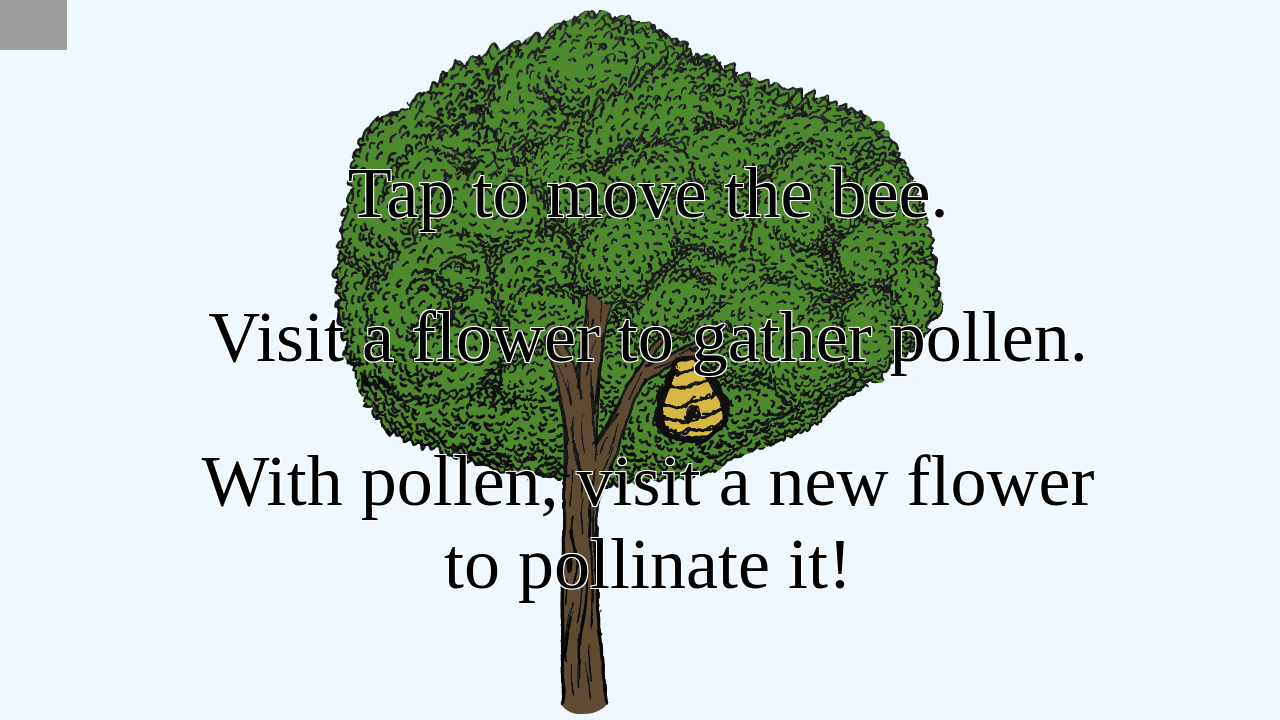
Repository: GhaidaElSaied/edu-Learning-Application
Page: workspace/app/views/interactions/bee.html
The author's editor kept a record of every edit. The page is drawn from the files as they stood at one moment, then again after the next edit.
The browser window is 1280 px wide. The pictures show the whole page.
Pictures or frames that could not be fetched are drawn as grey boxes.

Above is the page before.
Console error: ReferenceError: $ is not defined

### workspace/app/views/interactions/bee.html
<canvas id = "Canvas">
    Sorry, canvas not supported
</canvas>
<img id="bee" src="http://bestanimations.com/Animals/Insects/Bees/bee-animated-gif-36.gif" />
<img class="tree" src="../assets/treetransparent.png" />
<img class="flower" id="one" src="../assets/flower.png" />
<img class="flower" id="two" src="../assets/flower.png" />
<img class="flower" id="three" src="../assets/flower.png" />
<img class="flower" id="four" src="../assets/flower.png" />
<img class="flower" id="five" src="../assets/flower.png" />
<img class="flower" id="six" src="../assets/flower.png" />
<img class="flower" id="seven" src="../assets/flower.png" />
<img class="flower" id="eight" src="../assets/flower.png" />
<img class="flower" id="nine" src="../assets/flower.png" />

<img class="flower" id="aone" src="../assets/apple.png" />
<img class="flower" id="atwo" src="../assets/apple.png" />
<img class="flower" id="athree" src="../assets/apple.png" />
<img class="flower" id="afour" src="../assets/apple.png" />
<img class="flower" id="afive" src="../assets/apple.png" />
<img class="flower" id="asix" src="../assets/apple.png" />
<img class="flower" id="aseven" src="../assets/apple.png" />
<img class="flower" id="aeight" src="../assets/apple.png" />
<img class="flower" id="anine" src="../assets/apple.png" />

<div id="instructions">
    <p id="pone">Tap to move the bee.</p>
    <p id="ptwo">Visit a flower to gather pollen.</p>
    <p id="pthree">With pollen, visit a new flower</br> to pollinate it!</p>
</div>

<style>
    body{
        background-color: #f0f8ff;
    }

    canvas{
        position: absolute;
        width: 100%;
        height: 100%;
        z-index: 2;
    }

    #instructions{
        text-align: center;
        position: absolute;
        width: 100%;
        height: 100%;
        opacity: 1;
    }

    p{
        position: absolute;
        font-size: 10vh;
        left: 0;
        right: 0;
        margin: auto;
        z-index: 4;
        color: black;
        text-shadow:
            -1px -1px 0 #fff,
            1px -1px 0 #fff,
            -1px 1px 0 #fff,
            1px 1px 0 #fff;
    }

    #pone{
        top: 20%;
    }

    #ptwo{
        top: 40%;
    }

    #pthree{
        top: 60%;
    }

    #bee{
        position: absolute;
        top: 0;
        left: 0;
        width: auto;
        height: 50px;
        z-index: 3;
    }

    .tree{
        position: absolute;
        left: 0;
        right: 0;
        top: 0;
        bottom: 0;
        margin: auto;
        height: 100%;
        z-index: 0;
    }

    .flower{
        position: absolute;
        height: 5%;
        z-index: 1;
        opacity: 0;
    }

    #one{
        left: 45%;
        top: 8%;
    }

    #two{
        left: 34%;
        top: 48%;
    }

    #three{
        left: 41%;
        top: 41%;
    }

    #four{
        left: 56%;
        top: 36%;
    }

    #five{
        left: 62%;
        top: 46%;
    }

    #six{
        left: 37%;
        top: 25%;
    }

    #seven{
        left: 66%;
        top: 33%;
    }

    #eight{
        left: 55%;
        top: 20%;
    }

    #nine{
        left: 29%;
        top: 42%;
    }

    #aone{
        left: 45%;
        top: 8%;
    }

    #atwo{
        left: 34%;
        top: 48%;
    }

    #athree{
        left: 41%;
        top: 41%;
    }

    #afour{
        left: 56%;
        top: 36%;
    }

    #afive{
        left: 62%;
        top: 46%;
    }

    #asix{
        left: 37%;
        top: 25%;
    }

    #aseven{
        left: 66%;
        top: 33%;
    }

    #aeight{
        left: 55%;
        top: 20%;
    }

    #anine{
        left: 29%;
        top: 42%;
    }
</style>
<script>
    var canvas;
    $(function(){
        console.log("paper", paper)
        canvas = document.getElementById("Canvas"),
        paper.setup(canvas)

        InitializeBee()

        InitializeTree()
    });



canvas.addEventListener("touchend", function (e) {
    mX = e.pageX;
    mY = e.pageY;
});

canvas.addEventListener("touchstart", function (e) {
    if(!started){
        started = true;
        render();
    }
});

canvas.addEventListener("touchleave", function (e) {
    started = false;
});

var Ball = function (x, y, radius, color) {
    this.x = x || 0;
    this.y = y || 0;
    this.radius = radius || 10;
    this.speed = 5;
    this.color = color || "rgb(255,0,0)";

    this.velX = 0;
    this.velY = 0;
}

Ball.prototype.update = function (x, y) {
    // get the target x and y
    this.targetX = x;
    this.targetY = y;

    // We need to get the distance this time around
    var tx = this.targetX - this.x,
        ty = this.targetY - this.y,
        dist = Math.sqrt(tx * tx + ty * ty);

    /*
    * we calculate a velocity for our object this time around
    * divide the target x and y by the distance and multiply it by our speed
    * this gives us a constant movement speed.
    */

    this.velX = (tx / dist) * this.speed;
    this.velY = (ty / dist) * this.speed;

    // Stop once we hit our target. This stops the jittery bouncing of the object.
    if (dist > this.radius/2) {
        // add our velocities
        this.x += this.velX;
        this.y += this.velY;
    }
};

Ball.prototype.render = function () {
    ctx.fillStyle = this.color;
    ctx.beginPath();
    // draw our circle with x and y being the center
    ctx.arc(this.x-this.radius/2, this.y-this.radius/2, this.radius, 0, Math.PI * 2);
    ctx.closePath();
    ctx.fill();
};

var ball1 = new Ball(width/2, height/2, 10);

function render() {
    ctx.clearRect(0, 0, width, height);
    ball1.update(mX, mY);
    ball1.render();
    if(started){
        requestAnimationFrame(render);
    }
}

render();
</script>

After the next edit:
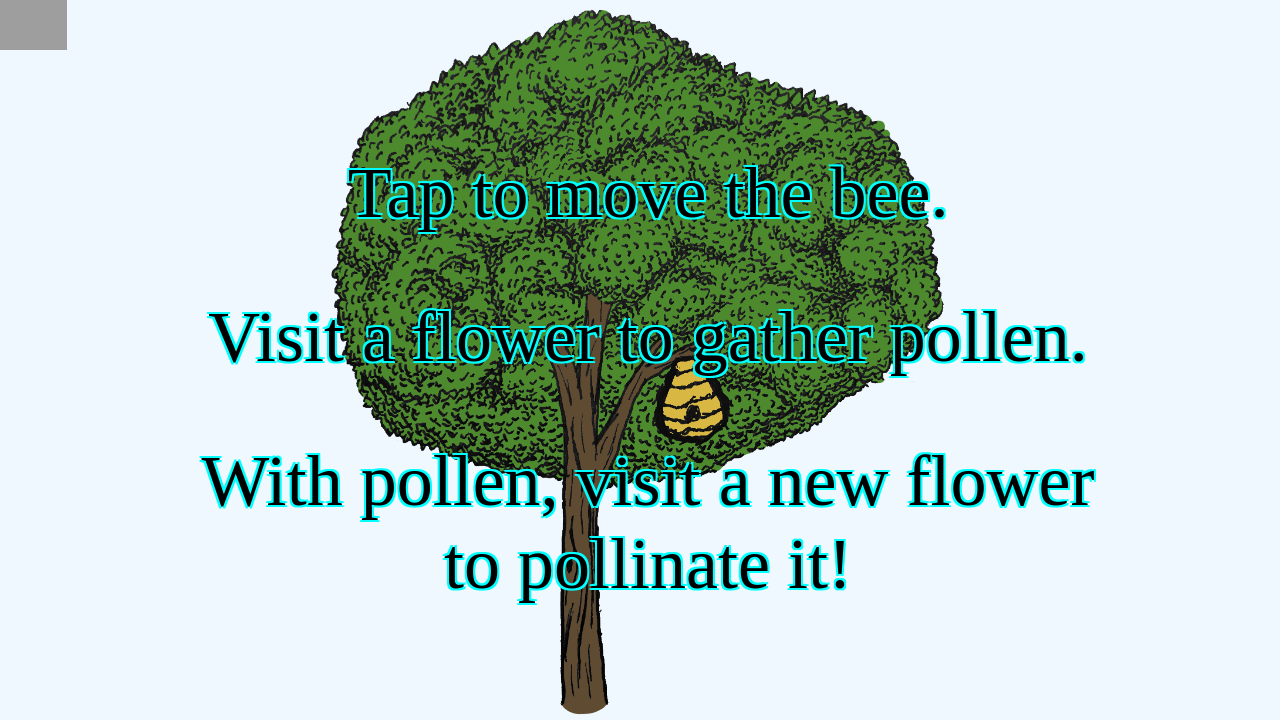
The edit:
--- a/workspace/app/views/interactions/bee.html
+++ b/workspace/app/views/interactions/bee.html
@@ -58,10 +58,10 @@
         z-index: 4;
         color: black;
         text-shadow:
-            -1px -1px 0 #fff,
-            1px -1px 0 #fff,
-            -1px 1px 0 #fff,
-            1px 1px 0 #fff;
+            -2px -2px 0 #0ff,
+            2px -2px 0 #0ff,
+            -2px 2px 0 #0ff,
+            2px 2px 0 #0ff;
     }
 
     #pone{
